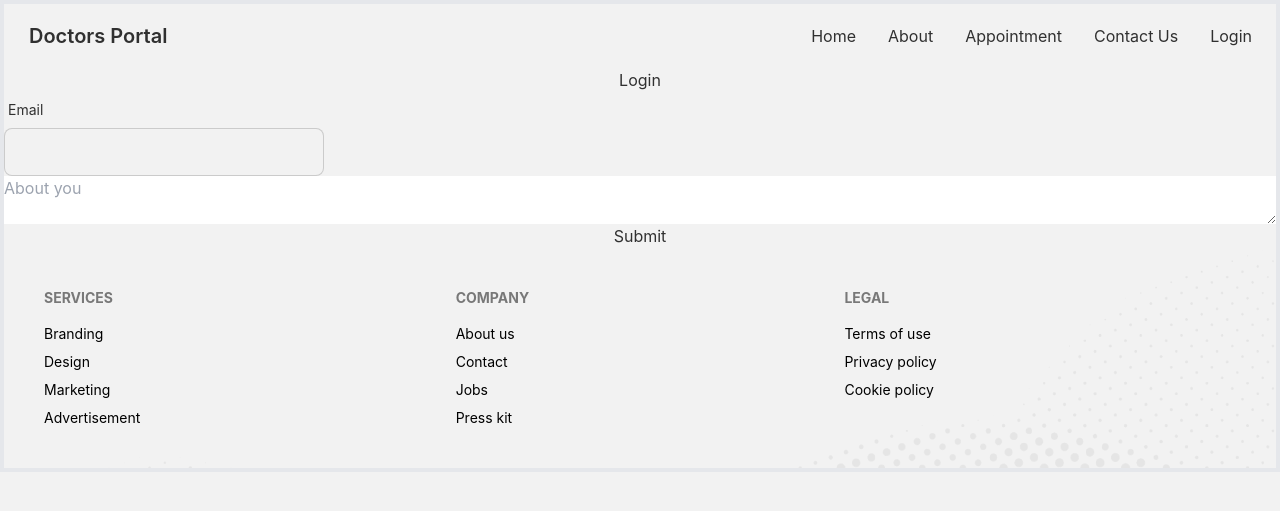
Repository: Samad77/Doctorportal-Client
Page: /login
The author's editor kept a copy of each file at every save. The page is drawn from the files as they stood at one save, then again after the next save.
The browser window is 1280 px wide. The pictures show the whole page.
The project was rebuilt for these pictures with package versions that can differ from the ones it lists, and the page was loaded fresh each time. Also part of the build but not shown: src/Pages/Appointment/BookingModal/BookingModal.js, src/Pages/Appointment/AppoinmentCard/AppoinmentCard.js, src/Pages/Appointment/AppointmentBanner/AppointmentBanner.js, src/Pages/Appointment/AvailavleAppoinment/AvailableAppoinment.js, src/Pages/Appointment/Appoinment/Appoinment.js, src/Components/PrimaryButton/PrimaryButton.js, src/Pages/Home/Banner/Banner.js, src/Pages/Home/Cards/Cards.js and 5 more.

Above is the page before, as saved 2022-11-15 10:55:55.

### src/index.js
import React from 'react';
import ReactDOM from 'react-dom/client';
import './index.css';
import App from './App';
import reportWebVitals from './reportWebVitals';
import 'react-day-picker/dist/style.css';
const root = ReactDOM.createRoot(document.getElementById('root'));
root.render(
  <React.StrictMode>
    <App />
  </React.StrictMode>
);

// If you want to start measuring performance in your app, pass a function
// to log results (for example: reportWebVitals(console.log))
// or send to an analytics endpoint. Learn more: https://bit.ly/CRA-vitals
reportWebVitals();

### src/App.js
import logo from './logo.svg';
import './App.css';
import {RouterProvider} from 'react-router-dom'
import router from './Layout/Routes/Routes';
import Cards from './Pages/Home/Cards/Cards';
function App() {
  return (
    <div className="App max-w-[1440px] mx-auto border-4">
      <RouterProvider router={router}>

      </RouterProvider>
    </div>
  );
}

export default App;

### src/Layout/Routes/Routes.js
import { createBrowserRouter } from "react-router-dom";
import Appoinment from "../../Pages/Appointment/Appoinment/Appoinment";
import Home from "../../Pages/Home/Home";
import Login from "../../Pages/Login/Login";
import Main from "../Main/Main";

const router = createBrowserRouter([
    {path : "/",
    element : <Main></Main>,
    children : [
        {path : '/', element : <Home></Home>,},
        {path: '/home', element : <Home></Home>},
        {path: '/login', element : <Login></Login>},
        {path : '/appointment', element: <Appoinment></Appoinment>}
    ]
    }
])

export default router;

### src/Pages/Login/Login.js
import React, { useState } from 'react';
import { useForm } from 'react-hook-form';

const Login = () => {
    const { register, handleSubmit } = useForm();
    const [data, setData] = useState("");

    return (
        <section>
            <h1>Login</h1>
            <form onSubmit={handleSubmit((data) => setData(JSON.stringify(data)))} className="flex flex-col ">

                <div className="form-control w-full max-w-xs">
                    <label className="label">
                        <span className="label-text">Email</span>
                    </label>
                    <input type="text" {...register("Email")} className="input input-bordered w-full max-w-xs"/>
                </div>
                {/* <select {...register("category", { required: true })}>
                    <option value="">Select...</option>
                    <option value="A">Option A</option>
                    <option value="B">Option B</option>
                </select> */}
                <textarea {...register("aboutYou")} placeholder="About you" />
                <p>{data}</p>
                <input type="submit" />
            </form>
        </section>
    );
};

export default Login;

### src/Layout/Main/Main.js
import React from 'react';
import Footer from '../../Pages/Shared/Footer/Footer';
import Navbar from '../../Pages/Shared/Navbar/Navbar';
import {Outlet} from 'react-router-dom'
const Main = () => {
    return (
        <div>
            <Navbar></Navbar>
                <Outlet></Outlet>
            <Footer></Footer>
        </div>
    );
};

export default Main;

### src/Pages/Shared/Footer/Footer.js
import React from 'react';
import footerImg from '../../../assets/images/footer.png'
const Footer = () => {
    return (
        <footer className="footer p-10 text-black" style={{background : `url(${footerImg})`, backgroundSize: "cover"}}>
  <div>
    <span className="footer-title">Services</span>
    <a className="link link-hover">Branding</a>
    <a className="link link-hover">Design</a>
    <a className="link link-hover">Marketing</a>
    <a className="link link-hover">Advertisement</a>
  </div>
  <div>
    <span className="footer-title">Company</span>
    <a className="link link-hover">About us</a>
    <a className="link link-hover">Contact</a>
    <a className="link link-hover">Jobs</a>
    <a className="link link-hover">Press kit</a>
  </div>
  <div>
    <span className="footer-title">Legal</span>
    <a className="link link-hover">Terms of use</a>
    <a className="link link-hover">Privacy policy</a>
    <a className="link link-hover">Cookie policy</a>
  </div>
</footer>
    );
};

export default Footer;

### src/Pages/Shared/Navbar/Navbar.js
import React from 'react';
import {Link} from 'react-router-dom'
const Navbar = () => {

    const menuItems =

    <React.Fragment>
        <li><Link to="/home">Home</Link></li>
        <li><Link to="/about">About</Link></li>
        <li><Link to="/appointment">Appointment</Link></li>
        <li><Link to="/contact">Contact Us</Link></li>
        <li><Link to="/login">Login</Link></li>
    </React.Fragment>

    return (
        <div className="navbar bg-base-100 flex justify-between">
  <div className="navbar-start">
    <div className="dropdown">
      <label tabIndex={0} className="btn btn-ghost lg:hidden">
        <svg xmlns="http://www.w3.org/2000/svg" className="h-5 w-5" fill="none" viewBox="0 0 24 24" stroke="currentColor"><path strokeLinecap="round" strokeLinejoin="round" strokeWidth="2" d="M4 6h16M4 12h8m-8 6h16" /></svg>
      </label>
      <ul tabIndex={0} className="menu menu-compact dropdown-content mt-3 p-2 shadow rounded-box w-52">
            {menuItems}
      </ul>
    </div>
    <Link to='/' className="btn btn-ghost normal-case text-xl">Doctors Portal</Link>
  </div>
  <div className="navbar-center hidden lg:flex">
    <ul className="menu menu-horizontal p-0">
        {menuItems}
    </ul>
  </div>

</div>
    );
};

export default Navbar;

### tailwind.config.js
/** @type {import('tailwindcss').Config} */
module.exports = {
  content: ["./src/**/*.{js,jsx,ts,tsx}"],
  theme: {
    extend: {},
  },
  daisyui : {
    themes : [

    {
      doctorThemes: {

primary: "#0FCFEC",

secondary: "#19D3AE",

neutral: "#3A4256",

"base-100": "#F2F2F2",

      },
    },
  ]
  },
  plugins: [require("daisyui")],
}

Loaded but not shown: public/index.html (common file); src/index.css (common file); src/reportWebVitals.js (common file); src/App.css (common file)

After the next save:
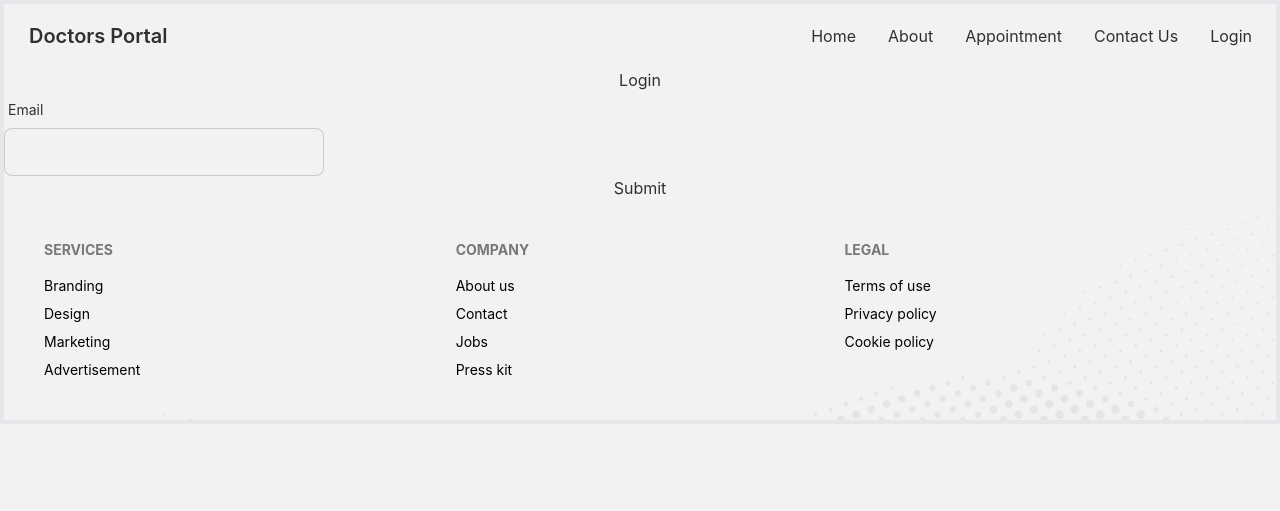
Saved 7 s later.
--- a/src/Pages/Login/Login.js
+++ b/src/Pages/Login/Login.js
@@ -21,7 +21,7 @@ const Login = () => {
                     <option value="A">Option A</option>
                     <option value="B">Option B</option>
                 </select> */}
-                <textarea {...register("aboutYou")} placeholder="About you" />
+                {/* <textarea {...register("aboutYou")} placeholder="About you" /> */}
                 <p>{data}</p>
                 <input type="submit" />
             </form>
